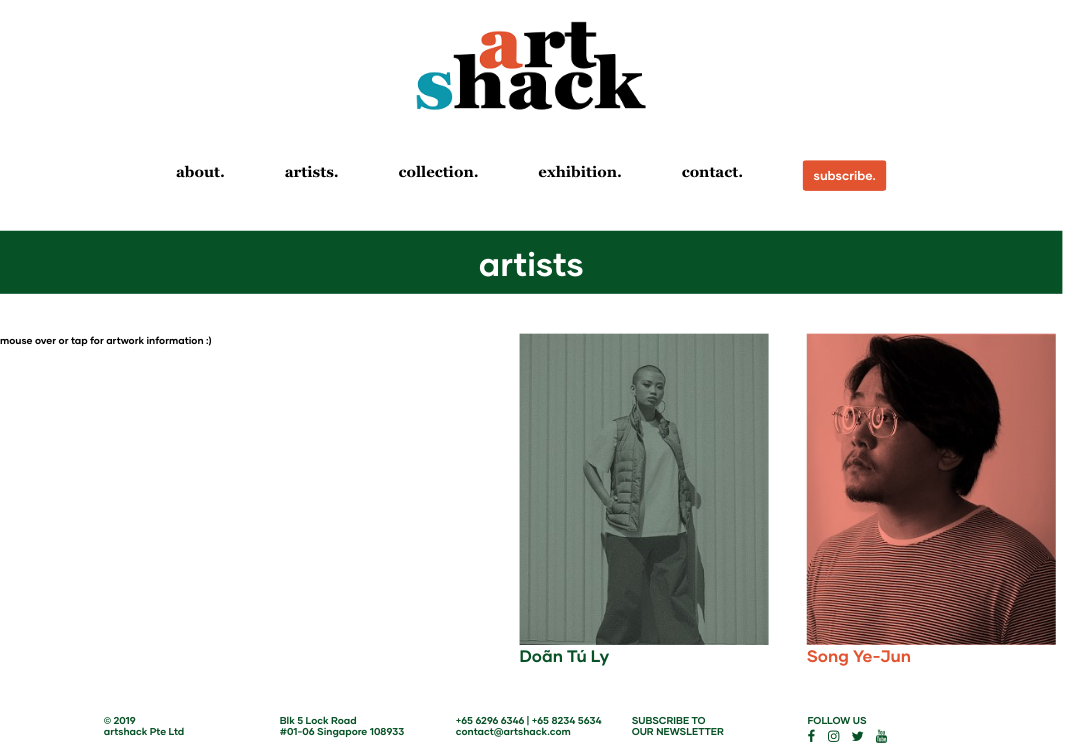
Repository: lynette-lyf/artshack
Page: artists.html
The author's editor kept a record of every edit. The page is drawn from the files as they stood at one moment, then again after the next edit.
The browser window is 1280 px wide. The page is 1310 px wide, then 1295 px, so the pictures cover 1310 px, including what lies to the right of the window. The pictures show the whole page, at 83% of full size.

Above is the page before.
Not found: artists.css

After the next edit:
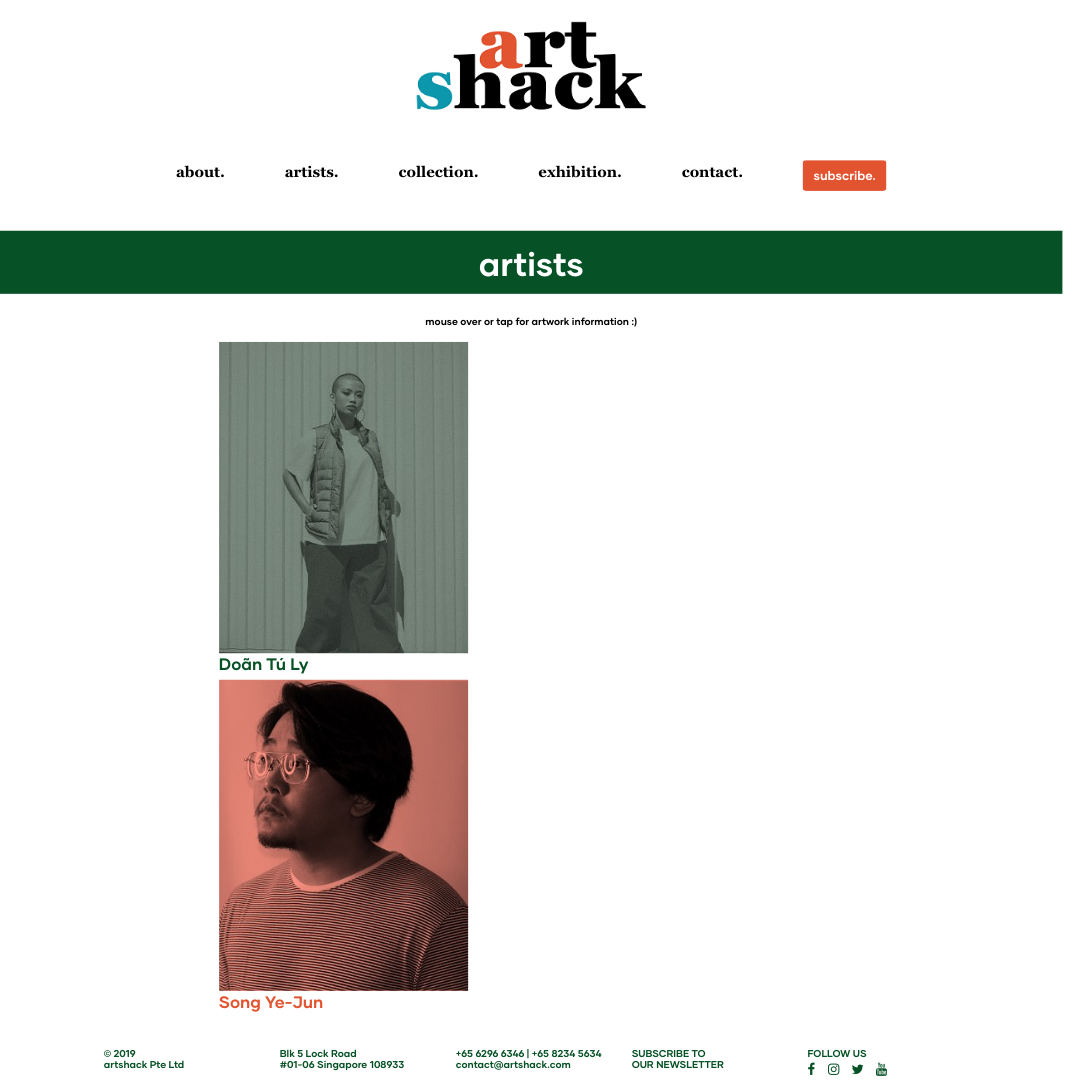
The edit:
--- a/artists.html
+++ b/artists.html
@@ -289,9 +289,8 @@
 </div>
 </div>
 </div>
-<div class="container-fluid-pictures mt-5">
-<div class="row justify-content-center">
-<div class="col">
+<div class="container-fluid-pictures mt-1">
+<div class="row justify-content-center mx-auto">
 <p style="font-family:GilmerBold;font-size:12px;color:black;">mouse over or tap for artwork information :)</p>
 </div>
 <div class="row justify-content-center">
